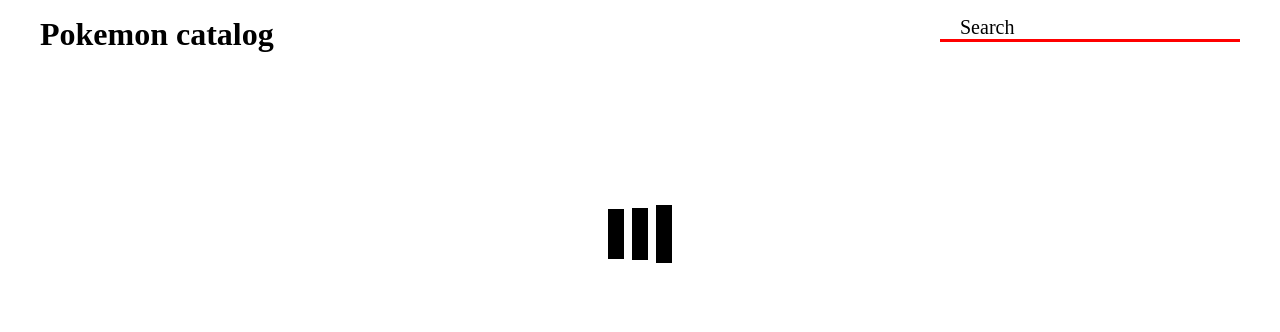
Repository: Ryszard-Penkala/pokemon-API
Page: index.html
An editor plug-in stored every save of this project. The page is shown before and after the next save, followed by the edit.
The browser window is 1280 px wide. The pictures show the whole page.
The page's requests for data from a server got no answer.

Above is the page before, as saved 2020-06-28 23:56:25.

After the next save:
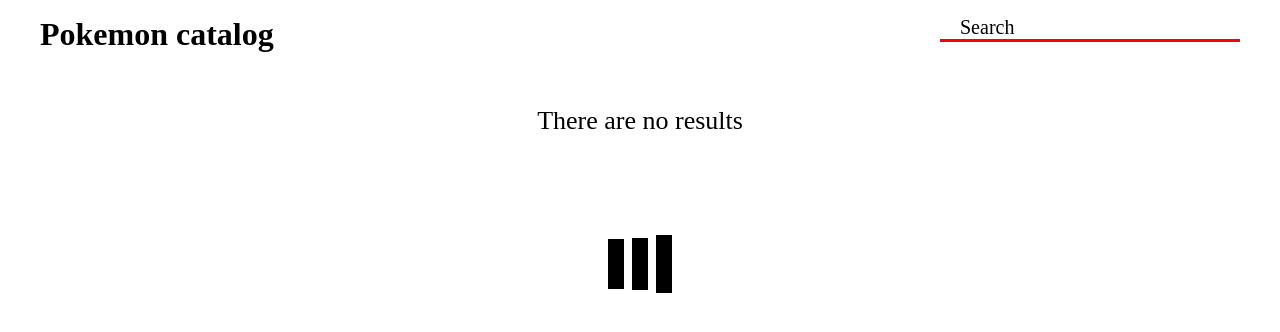
Saved 17 s later.
--- a/index.html
+++ b/index.html
@@ -19,7 +19,7 @@
             </div>
         </header>
         <section class="section-main pokemon-app__section" data-content>
-            <p class="section-main__info hidden">There are no results</p>
+            <p class="section-main__info">There are no results</p>
 
         </section>
         <footer class="footer-main pokemon-app__footer">

After the save that followed:
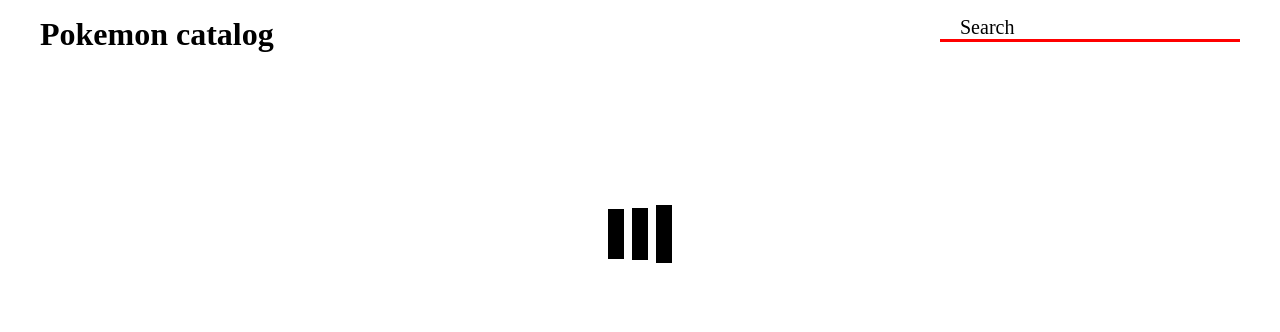
Saved 10 s later.
--- a/index.html
+++ b/index.html
@@ -19,7 +19,7 @@
             </div>
         </header>
         <section class="section-main pokemon-app__section" data-content>
-            <p class="section-main__info">There are no results</p>
+            <p class="section-main__info hidden">There are no results</p>
 
         </section>
         <footer class="footer-main pokemon-app__footer">
